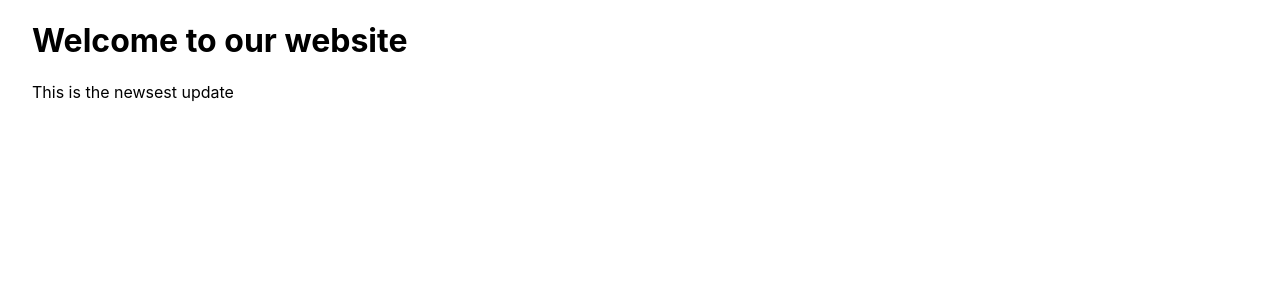
Repository: emorilebo/curiosityxploring-site
Page: /
An editor plug-in stored every save of this project. The page is shown before and after the next save, followed by the edit.
The browser window is 1280 px wide. The pictures show the whole page.
The project was rebuilt for these pictures with package versions that can differ from the ones it lists, and the page was loaded fresh each time. The framework's server and built-in components were replaced by stand-ins that run in the browser. Also part of the build but not shown: next.config.js.

Above is the page before, as saved 2022-12-04 16:20:09.

### pages/index.js
import Head from "next/head";
import Image from "next/image";
import styles from "../styles/Home.module.css";

export default function Home() {
  return (
    <div className={styles.container}>
      <Head>
        <title>
          Curiosityxploring - Amazng global community of worldbest developer
        </title>
        <meta name="description" content="Generated by create next app" />
        <link rel="icon" href="/favicon.ico" />
      </Head>
      <h1>Welcome to our website</h1>
      <p>This is the newsest update</p>
    </div>
  );
}

Loaded but not shown: pages/_app.js (common file); styles/globals.css (common file); styles/Home.module.css (common file)

After the next save:
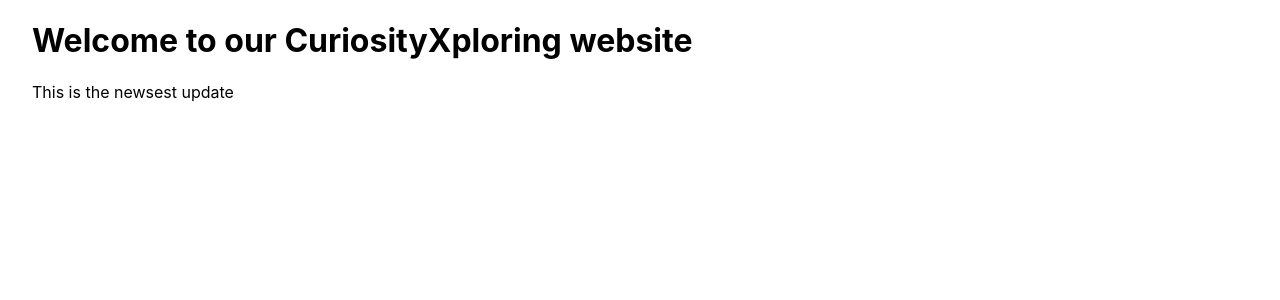
Saved 60 s later.
--- a/pages/index.js
+++ b/pages/index.js
@@ -12,7 +12,7 @@
         <meta name="description" content="Generated by create next app" />
         <link rel="icon" href="/favicon.ico" />
       </Head>
-      <h1>Welcome to our website</h1>
+      <h1>Welcome to our CuriosityXploring website</h1>
       <p>This is the newsest update</p>
     </div>
   );
